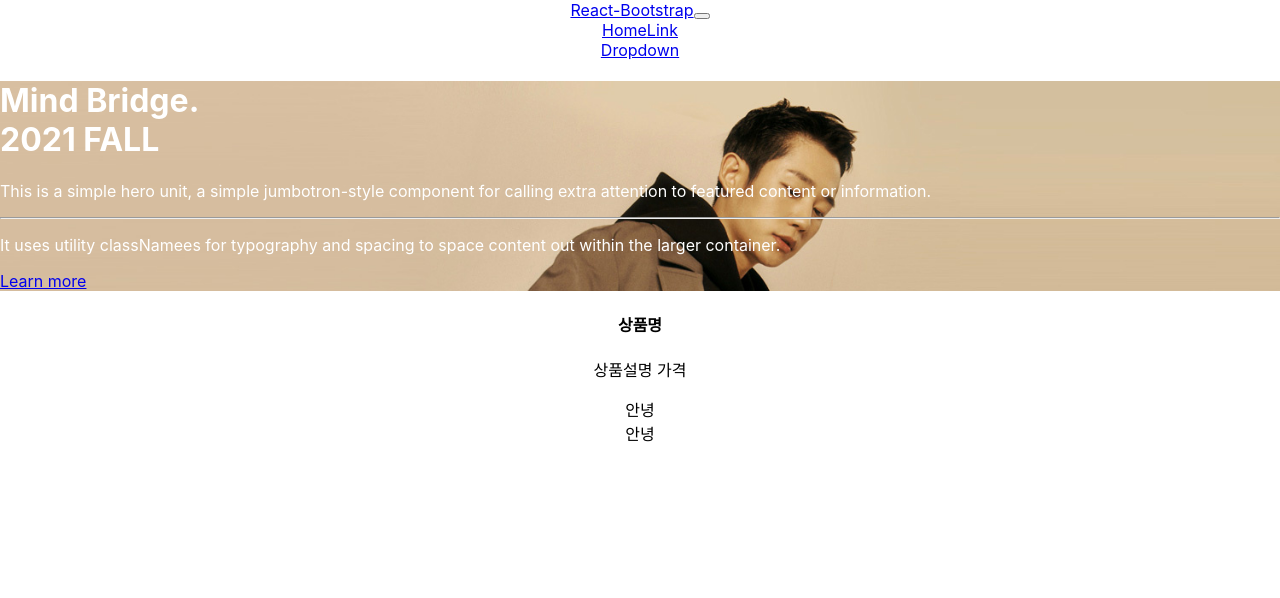
Repository: eunsuneun/react-shop
Page: /
These files come from the project's save history. The page is drawn as it stood at one moment and after a run of saves; the edit follows.
The browser window is 1280 px wide. The pictures show the whole page.
The project was rebuilt for these pictures with package versions that can differ from the ones it lists, and the page was loaded fresh each time.

Above is the page before, as saved 2021-08-25 20:29:04.

After the next 2 saves:
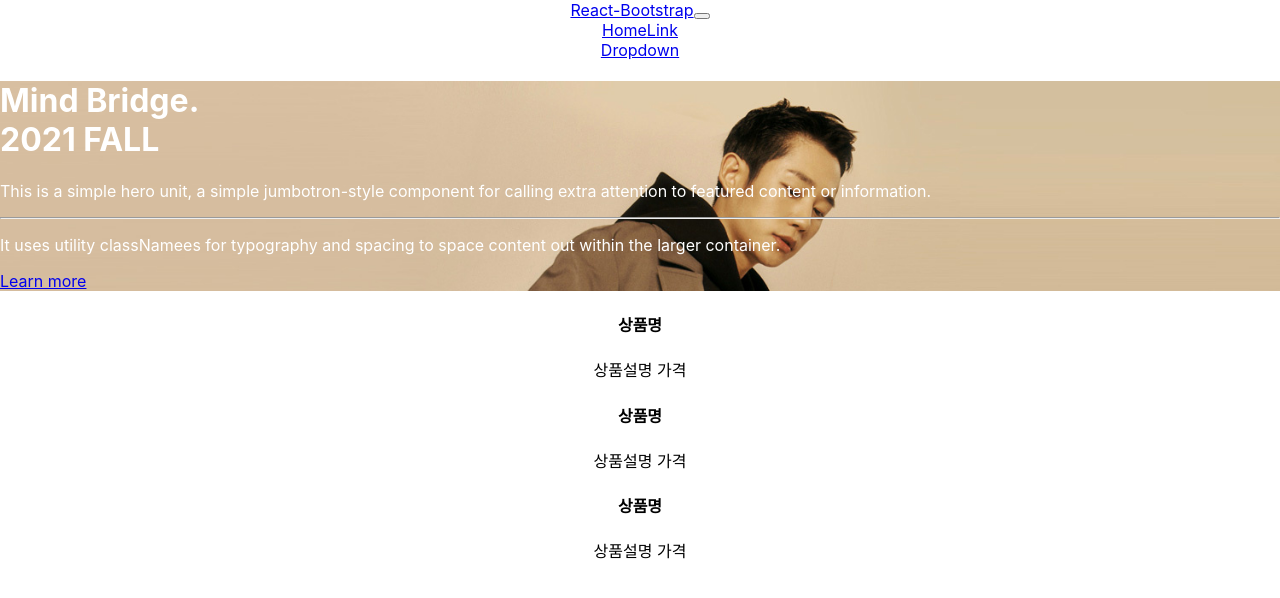
The 2 saves are shown as one change because they came seconds apart.
The last was saved 8 s later.
--- a/src/App.js
+++ b/src/App.js
@@ -55,8 +55,14 @@ function App() {
             <h4>상품명</h4>
             <p>상품설명 가격</p>
           </div>
-          <div className='col-md-4'>안녕</div>
-          <div className='col-md-4'>안녕</div>
+          <div className='col-md-4'>
+            <h4>상품명</h4>
+            <p>상품설명 가격</p>
+          </div>
+          <div className='col-md-4'>
+            <h4>상품명</h4>
+            <p>상품설명 가격</p>
+          </div>
         </div>
       </div>
     </div>
